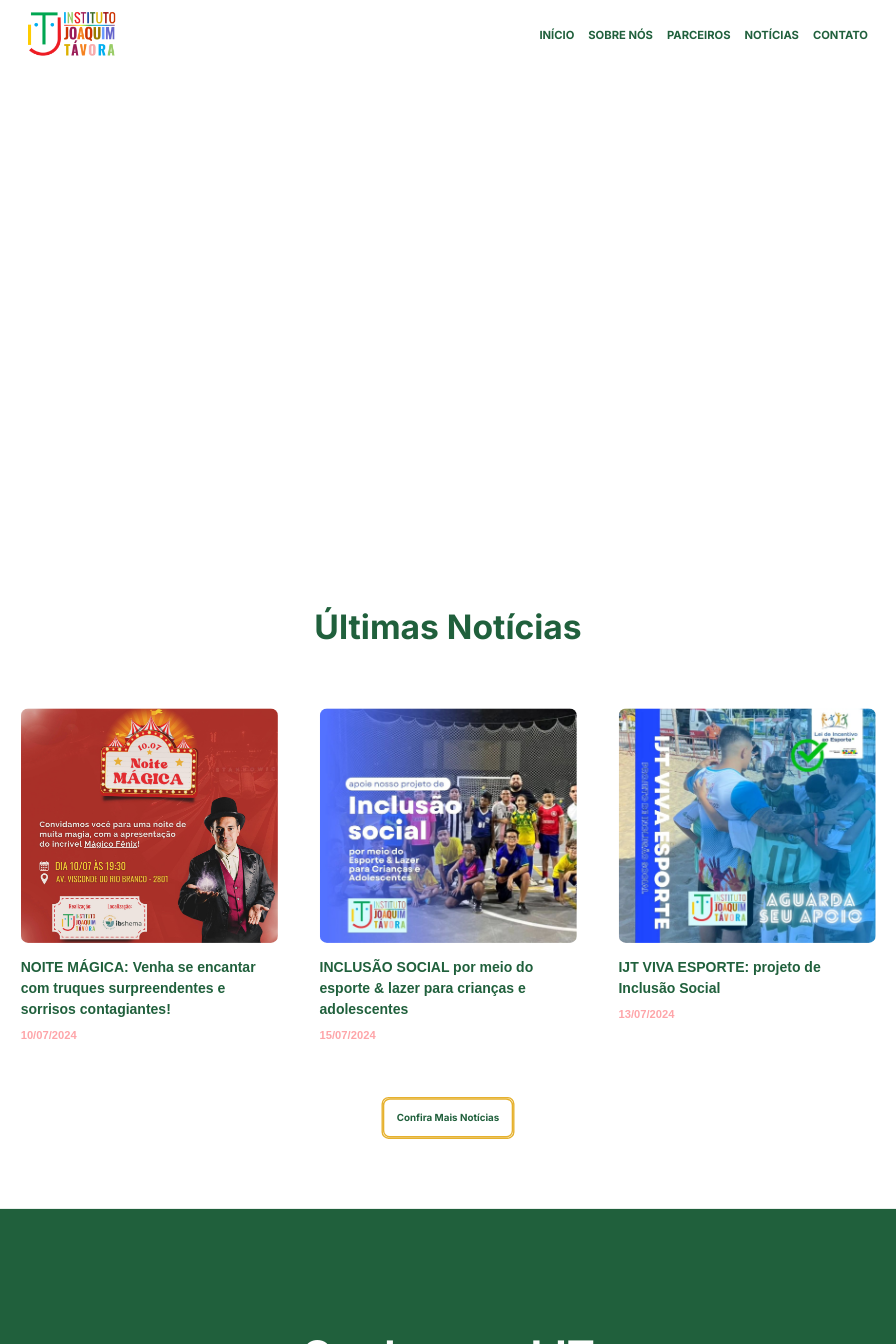
Repository: MarcelloMello90/itj2
Page: index.html
These files come from the project's save history. The page is drawn as it stood at one moment and after the next save; the edit follows.
The browser window is 1280 px wide. The pictures show the part of the page from y = 0 to 1920 px (the page is 6362 px tall before and 6382 px after), at 70% of full size.

Above is the page before, as saved 2024-07-21 21:36:57.
Console error: TypeError: Cannot read properties of null (reading 'children')

After the next save:
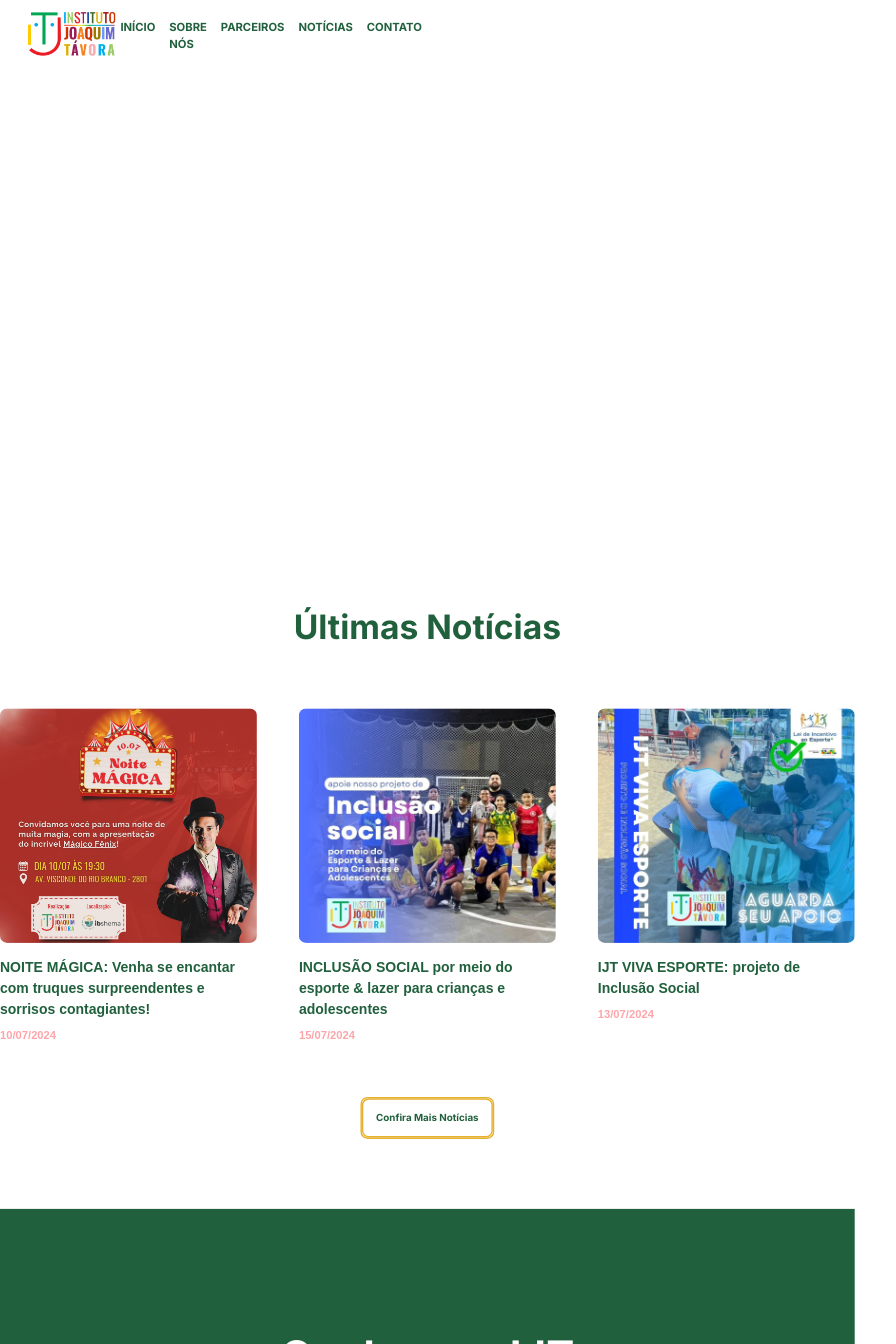
Saved 56 s later.
--- a/style.css
+++ b/style.css
@@ -40,6 +40,8 @@
 body{
   font-size: 1.6rem;
   font-family: var(--ff-01);
+
+  max-width: 450px;
 }
 
 a, button {
